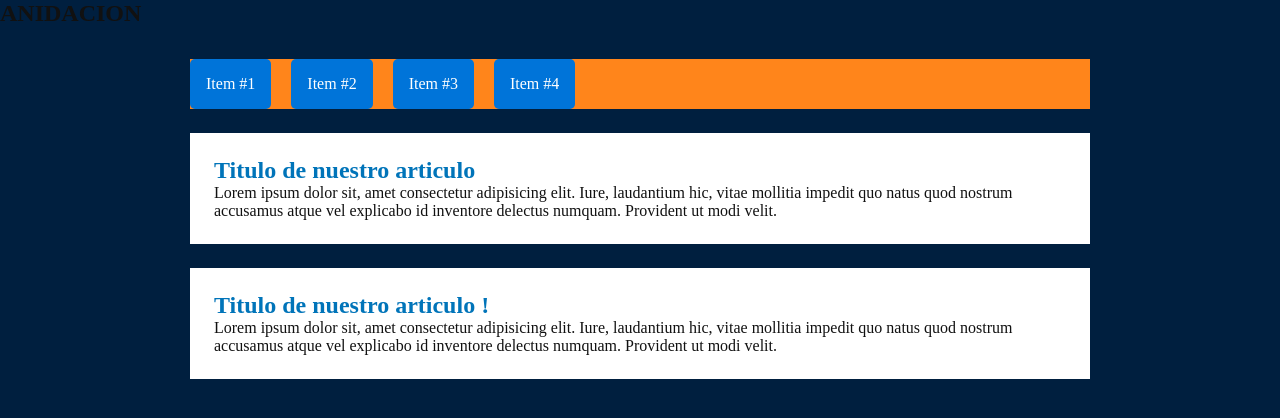
Repository: Alan966/Sass-desde-cero
Page: claseThree/index.html
The author's editor kept a copy of each file at every save. The page is drawn from the files as they stood at one save, then again after the next save.
The browser window is 1280 px wide. The pictures show the whole page.
The style sheet was rebuilt from its Sass, Less or Tailwind sources for each picture, by a compiler version that may differ from the author's.

Above is the page before, as saved 2022-09-07 12:40:26.

### claseThree/index.html
<!DOCTYPE html>
<html lang="en">
<head>
    <meta charset="UTF-8">
    <meta http-equiv="X-UA-Compatible" content="IE=edge">
    <meta name="viewport" content="width=device-width, initial-scale=1.0">
    <title> SASS ANIDACION </title>
    <link rel="stylesheet" href="main.css">
</head>
<body>
    <h2>ANIDACION</h2>

    <section class="contenedor">
        <header>
            <nav>
                <a href="#">Item #1</a>
                <a href="#">Item #2</a>
                <a href="#">Item #3</a>
                <a href="#">Item #4</a>
            </nav>
        </header>

        <section class="main">
            <article>
                <h2>Titulo de nuestro articulo</h2>
                <p>Lorem ipsum dolor sit, amet consectetur adipisicing elit. Iure,
                     laudantium hic, vitae mollitia impedit quo natus quod nostrum
                     accusamus atque vel explicabo id inventore delectus numquam.
                     Provident ut modi velit.</p>
            </article>

            <article>
                <h2>Titulo de nuestro articulo !</h2>
                <p>Lorem ipsum dolor sit, amet consectetur adipisicing elit. Iure,
                     laudantium hic, vitae mollitia impedit quo natus quod nostrum
                     accusamus atque vel explicabo id inventore delectus numquam.
                     Provident ut modi velit.</p>
            </article>
        </section>
    </section>
</body>
</html>

### claseThree/main.sass
// Estilos css
// Anidaciones

*
    margin: 0
    padding: 0
    box-sizing: border-box

body
    background: #001F3F
    color: #111

a
    text-decoration: none

a:hover
    text-decoration: underline

.contenedor
    width: 90%
    max-width: 900px
    margin: 2em auto

// Header

header
    background: #0074D9
    margin-bottom: 1.5em
    nav
        a
            padding: 1em
            color: #FFF
            text-decoration: none
            background: #0074d9
            display: inline-block
            margin-right: 1em
            border-radius: 5px

header
    nav
        a:hover
        background: #FF851B
        text-decoration: none

// Section .Main

.main
    article
        padding: 1.5em
        background: #FFF
        margin-bottom: 1.5em
        border-shadow: 5px 5px 2px #000

.main
    article
        h2
            color: #0074b9

After the next save:
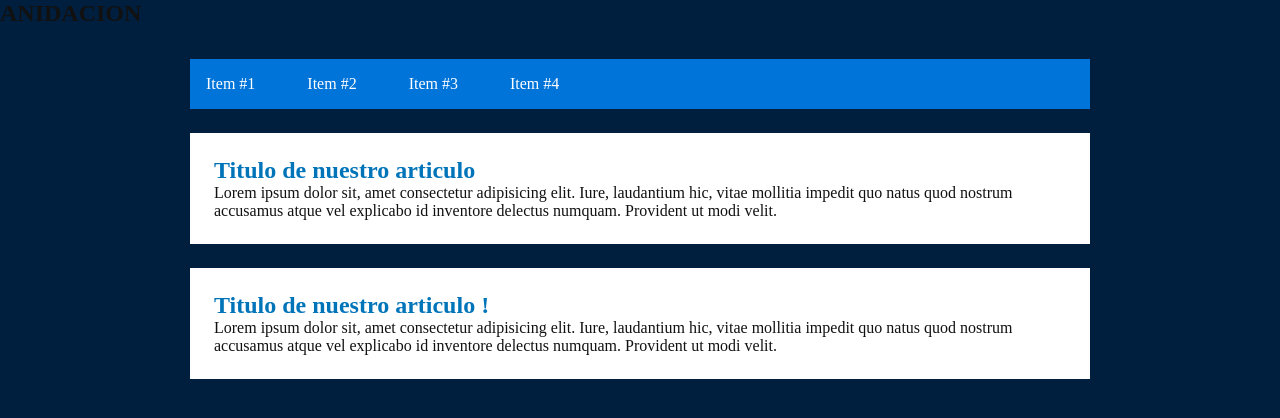
Saved 13 s later.
--- a/claseThree/main.sass
+++ b/claseThree/main.sass
@@ -39,8 +39,8 @@ header
 header
     nav
         a:hover
-        background: #FF851B
-        text-decoration: none
+            background: #FF851B
+            text-decoration: none
 
 // Section .Main
 
